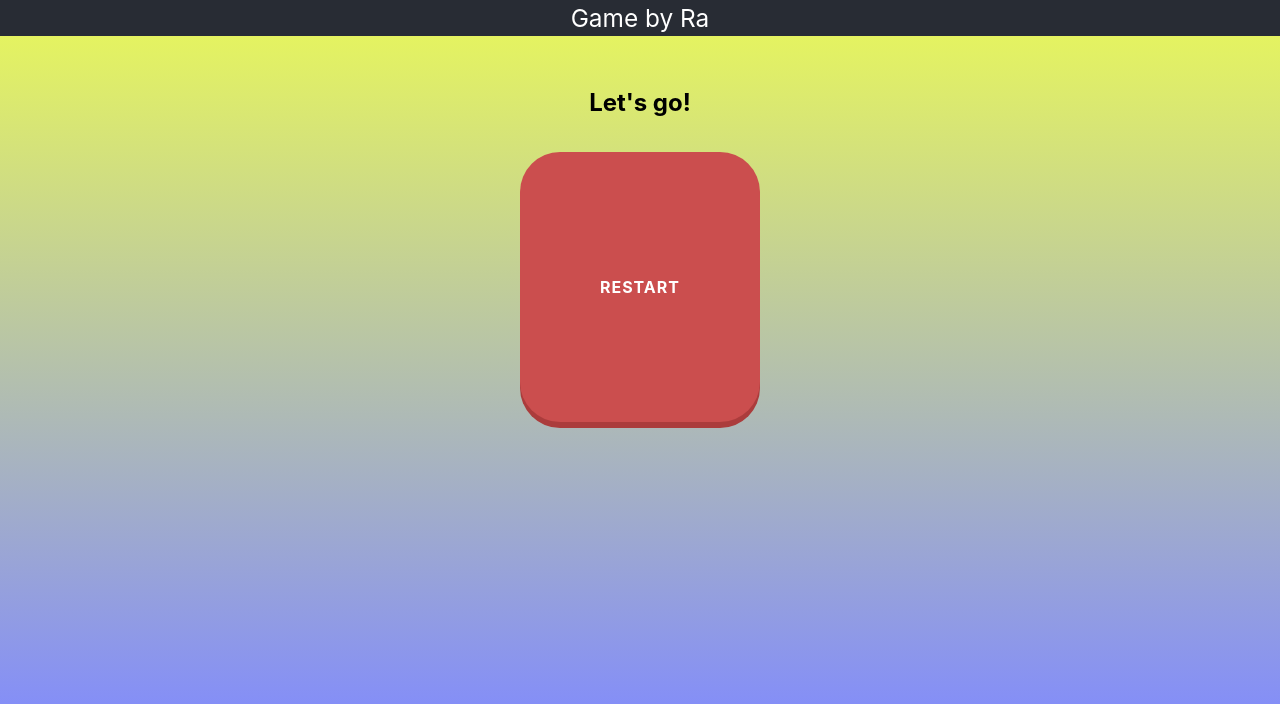
Repository: Sergioramasano/ramos-game
Page: /
An editor plug-in stored every save of this project. The page is shown before and after the next save, followed by the edit.
The browser window is 1280 px wide. The pictures show the whole page.
The project was rebuilt for these pictures with package versions that can differ from the ones it lists, and the page was loaded fresh each time. Also part of the build but not shown: src/components/Cards.js.

Above is the page before, as saved 2021-02-11 19:35:51.

After the next save:
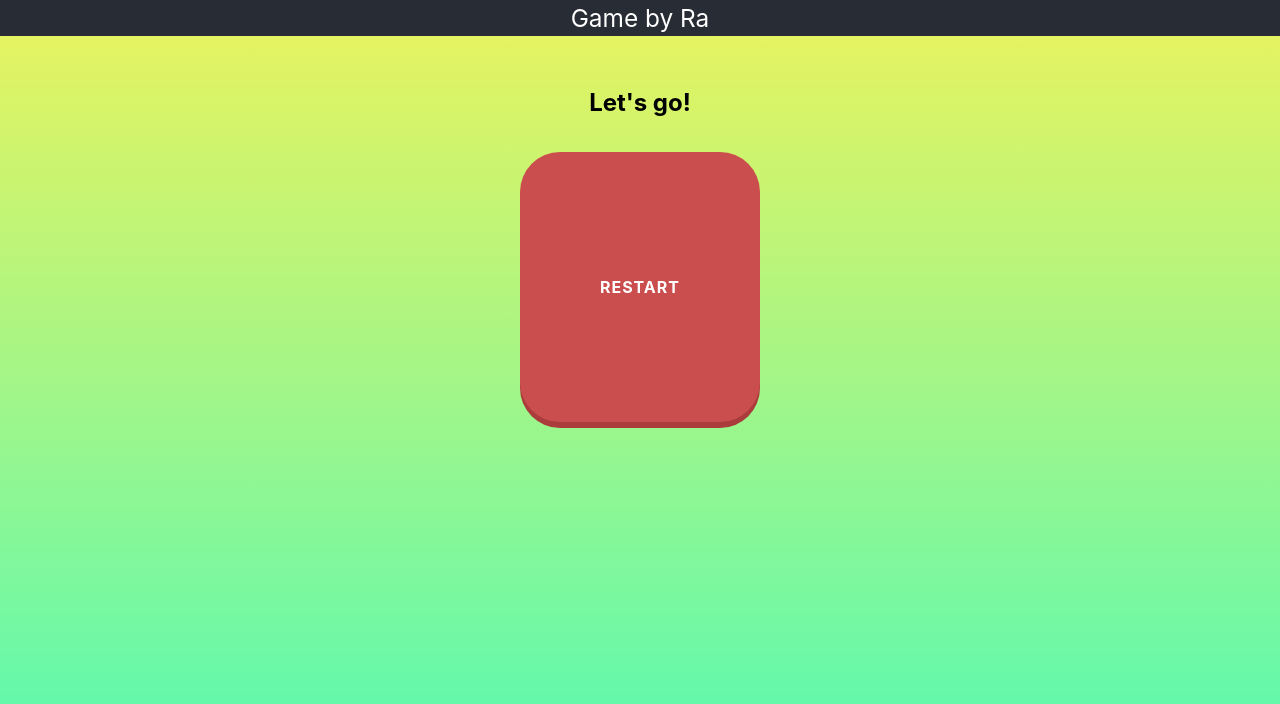
Saved 11 s later.
--- a/src/components/GameBox/Gamebox.module.css
+++ b/src/components/GameBox/Gamebox.module.css
@@ -1,6 +1,6 @@
 .gamebox {
   height: 95vh;
-  background: linear-gradient(#d5ec06a2, #0317f57e);
+  background: linear-gradient(#d5ec06a2, #03f57c9f);
   padding: 2rem;
   box-sizing: border-box;
 }
